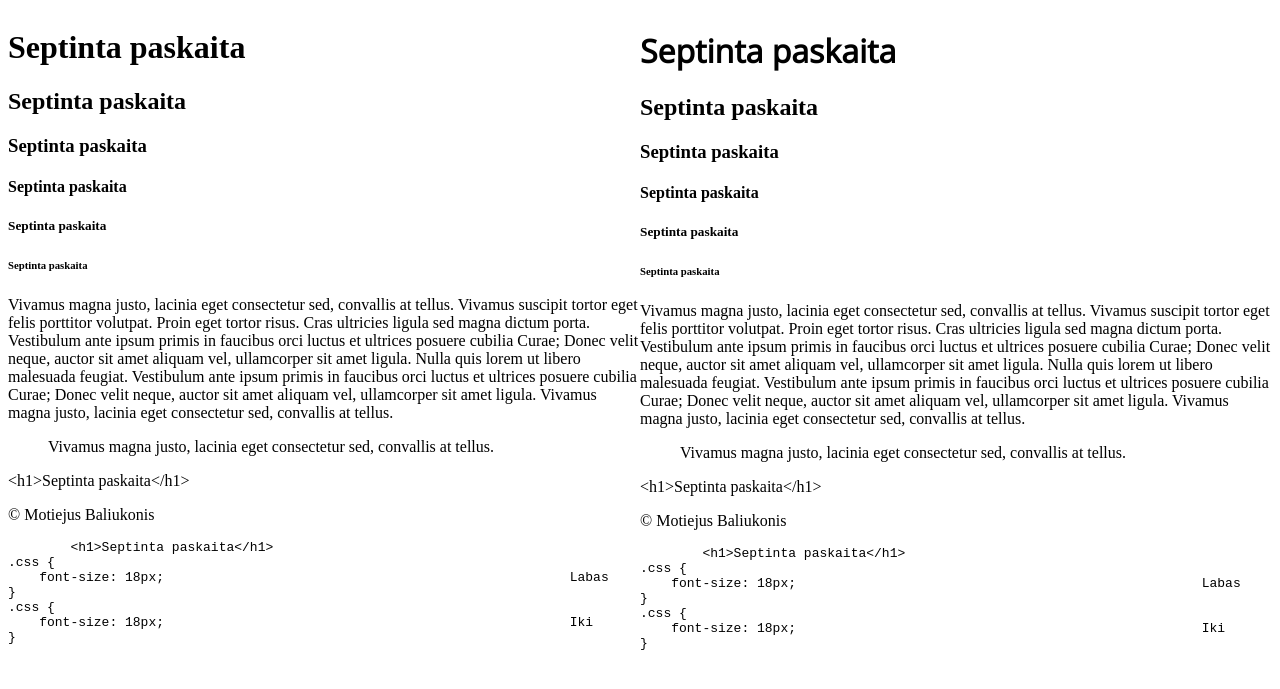
Repository: motiejus1/07-paskaita-05.31
Page: index.html
These files come from the project's save history. The page is drawn as it stood at one moment and after the next save; the edit follows.
The browser window is 1280 px wide. The pictures show the whole page.

Above is the page before, as saved 2021-06-10 19:33:27.

After the next save:
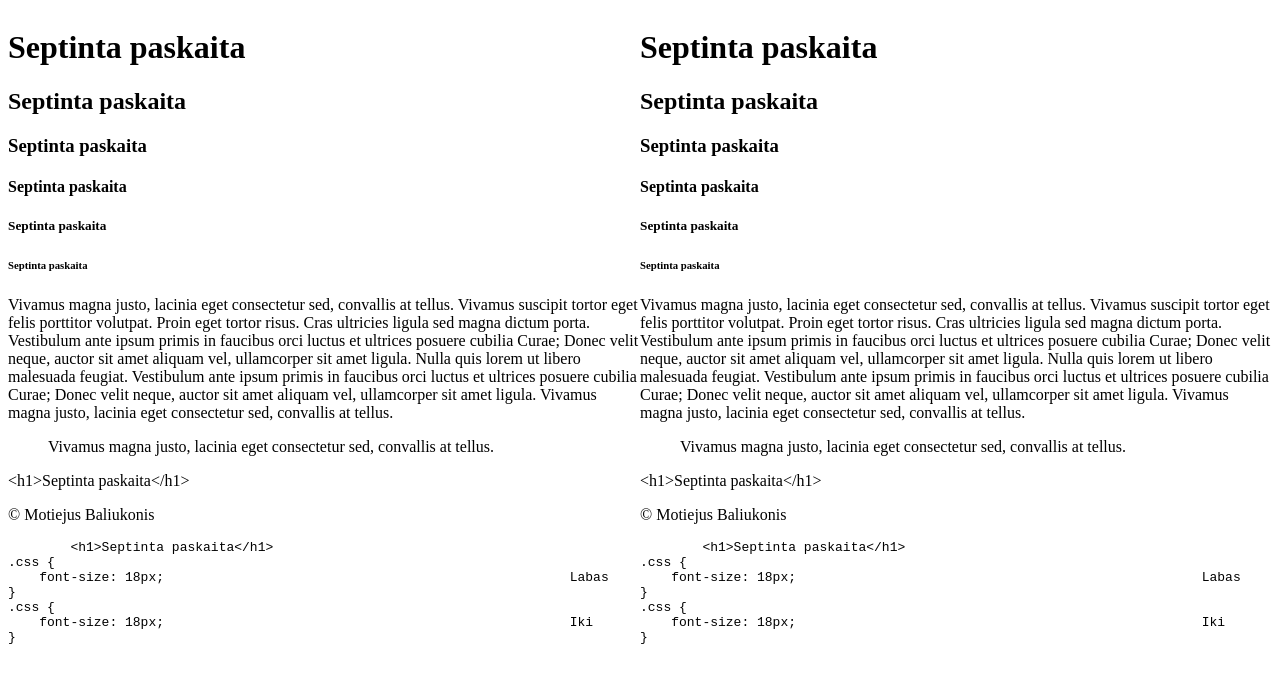
Saved 4 s later.
--- a/index.html
+++ b/index.html
@@ -20,7 +20,7 @@
 
 
         .right h1 {
-            font-family: 'Open Sans', sans-serif;
+            /* font-family: 'Open Sans', sans-serif; */
         }
 
         .right h2 {
